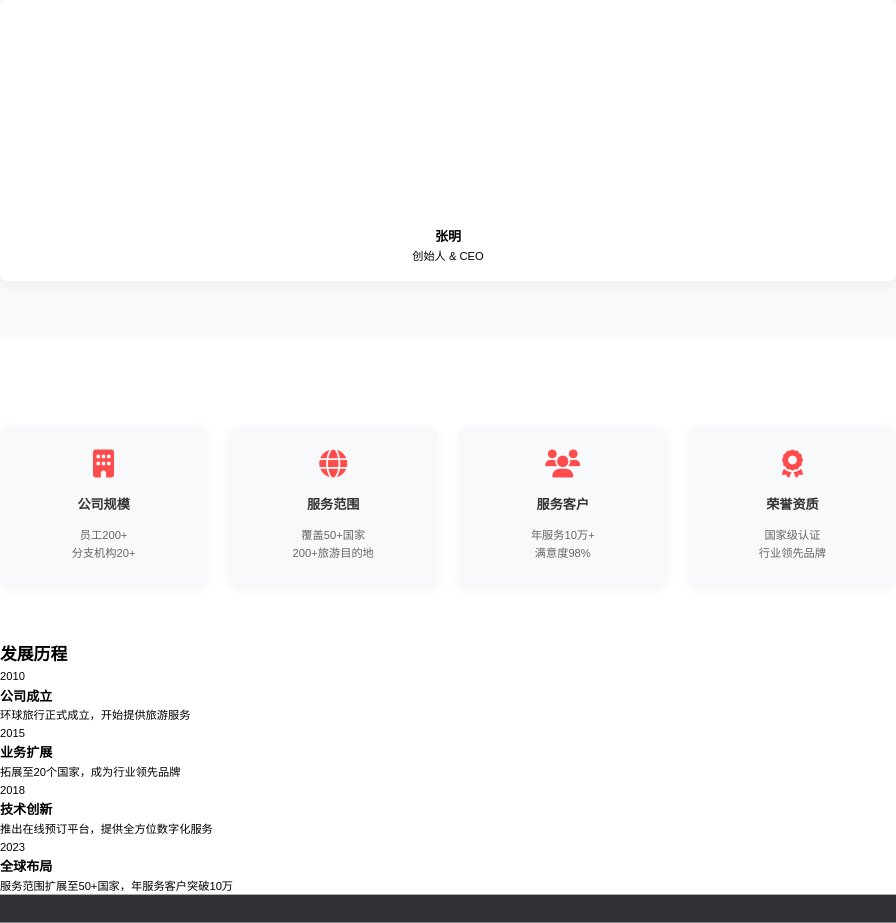
Repository: huang-heavenly-Emperor/travel_1
Page: pages/about.html
An editor plug-in stored every save of this project. The page is shown before and after the next save, followed by the edit.
The browser window is 1280 px wide. The pictures show the part of the page from y = 1680 to 3600 px (the page is 2998 px tall before and 3600 px after), at 70% of full size.
A picture or video elsewhere on the page could not be fetched, so the positions and the page height are approximate.

Above is the page before, as saved 2024-11-18 02:33:01.

### pages/about.html
<!DOCTYPE html>
<html lang="zh-CN">
<head>
    <meta charset="UTF-8">
    <meta name="viewport" content="width=device-width, initial-scale=1.0">
    <meta name="description" content="环球旅行 - 专业的旅游服务提供商，为您提供全球旅游攻略、行程规划和预订服务">
    <meta name="keywords" content="环球旅行,旅游,旅行社,旅游攻略,旅游预订">
    <meta name="author" content="环球旅行">

    <!-- 网站图标 -->
    <link rel="icon" href="../assets/images/favicon.ico" type="image/x-icon">
    <link rel="shortcut icon" href="../assets/images/favicon.ico" type="image/x-icon">

    <!-- 社交媒体分享信息 -->
    <meta property="og:title" content="关于我们 - 环球旅行">
    <meta property="og:description" content="了解环球旅行的故事和我们的服务理念">
    <meta property="og:image" content="../assets/images/about/share-image.jpg">
    <meta property="og:url" content="https://yourwebsite.com/about">

    <!-- CSS 文件引入 -->
    <link rel="stylesheet" href="../css/style.css">
    <link rel="stylesheet" href="../css/animations.css">
    <link rel="stylesheet" href="../css/responsive.css">
    <link rel="stylesheet" href="../css/about.css">

    <!-- 字体图标 -->
    <link rel="stylesheet" href="https://cdnjs.cloudflare.com/ajax/libs/font-awesome/6.0.0/css/all.min.css">
</head>
<body>
    <!-- 导航栏 -->
    <nav class="main-nav">
        <!-- 与首页相同的导航结构 -->
    </nav>

    <!-- 页面头部 -->
    <header class="about-header">
        <div class="header-content">
            <h1>关于我们</h1>
            <p>探索世界，创造回忆</p>
        </div>
    </header>

    <!-- 公司简介 -->
    <section class="company-intro">
        <div class="container">
            <div class="intro-content">
                <h2>我们的故事</h2>
                <p>环球旅行成立于2010年，致力于为旅行者提供最优质的旅游体验。十余年来，我们始终坚持"让旅行更美好"的理念，服务数十万旅客游览世界各地。</p>
            </div>
            <div class="intro-image">
                <img src="../assets/images/about/company.jpg" alt="公司简介">
            </div>
        </div>
    </section>

    <!-- 核心价值观 -->
    <section class="core-values">
        <div class="container">
            <h2>我们的价值观</h2>
            <div class="values-grid">
                <div class="value-card">
                    <i class="fas fa-heart"></i>
                    <h3>专业服务</h3>
                    <p>提供专业的旅游规划和贴心的服务</p>
                </div>
                <div class="value-card">
                    <i class="fas fa-shield-alt"></i>
                    <h3>安全保障</h3>
                    <p>确保旅客的安全是我们的首要任务</p>
                </div>
                <div class="value-card">
                    <i class="fas fa-star"></i>
                    <h3>品质保证</h3>
                    <p>精选优质旅游路线和住宿服务</p>
                </div>
            </div>
        </div>
    </section>

    <!-- 团队介绍 -->
    <section class="team-section">
        <div class="container">
            <h2>我们的团队</h2>
            <div class="team-grid">
                <div class="team-member">
                    <div class="member-image">
                        <img
                            src="data:[embedded picture, 78 characters]"
                            data-src="../assets/images/team/member1.jpg"
                            alt="张明 - CEO"
                            class="lazy-load"
                        >
                    </div>
                    <div class="member-info">
                        <h3>张明</h3>
                        <p>创始人 & CEO</p>
                    </div>
                </div>
                <!-- 更多团队成员... -->
            </div>
        </div>
    </section>

    <!-- 公司基本信息部分 -->
    <section class="company-info">
        <div class="container">
            <div class="info-grid">
                <div class="info-card">
                    <i class="fas fa-building"></i>
                    <h3>公司规模</h3>
                    <p>员工200+</p>
                    <p>分支机构20+</p>
                </div>
                <div class="info-card">
                    <i class="fas fa-globe"></i>
                    <h3>服务范围</h3>
                    <p>覆盖50+国家</p>
                    <p>200+旅游目的地</p>
                </div>
                <div class="info-card">
                    <i class="fas fa-users"></i>
                    <h3>服务客户</h3>
                    <p>年服务10万+</p>
                    <p>满意度98%</p>
                </div>
                <div class="info-card">
                    <i class="fas fa-award"></i>
                    <h3>荣誉资质</h3>
                    <p>国家级认证</p>
                    <p>行业领先品牌</p>
                </div>
            </div>
        </div>
    </section>

    <!-- 发展历程部分 -->
    <section class="history-timeline">
        <div class="container">
            <h2>发展历程</h2>
            <div class="timeline">
                <div class="timeline-item">
                    <div class="year">2010</div>
                    <div class="content">
                        <h3>公司成立</h3>
                        <p>环球旅行正式成立，开始提供旅游服务</p>
                    </div>
                </div>
                <div class="timeline-item">
                    <div class="year">2015</div>
                    <div class="content">
                        <h3>业务扩展</h3>
                        <p>拓展至20个国家，成为行业领先品牌</p>
                    </div>
                </div>
                <div class="timeline-item">
                    <div class="year">2018</div>
                    <div class="content">
                        <h3>技术创新</h3>
                        <p>推出在线预订平台，提供全方位数字化服务</p>
                    </div>
                </div>
                <div class="timeline-item">
                    <div class="year">2023</div>
                    <div class="content">
                        <h3>全球布局</h3>
                        <p>服务范围扩展至50+国家，年服务客户突破10万</p>
                    </div>
                </div>
            </div>
        </div>
    </section>

    <!-- 页脚 -->
    <footer class="footer">
        <!-- 与首页相同的页脚结构 -->
    </footer>
</body>
</html>

### css/style.css
/* 基础样式 */
* {
    margin: 0;
    padding: 0;
    box-sizing: border-box;
}

body {
    font-family: 'Microsoft YaHei', sans-serif;
    line-height: 1.6;
}

/* 导航栏样式 */
.main-nav {
    position: fixed;
    top: 0;
    left: 0;
    width: 100%;
    background: #fff;
    padding: 1rem 5%;
    display: flex;
    justify-content: space-between;
    align-items: center;
    z-index: 1000;
    box-shadow: 0 2px 5px rgba(0,0,0,0.1);
}

.nav-links {
    display: flex;
    list-style: none;
    gap: 2rem;
}

.nav-links a {
    text-decoration: none;
    color: #333;
    font-weight: 500;
    transition: color 0.3s ease;
}

/* 轮播图样式 */
.hero-slider {
    position: relative;
    height: 70vh;
    overflow: hidden;
}

.slide {
    position: relative;
    height: 100%;
}

.slide img {
    width: 100%;
    height: 100%;
    object-fit: cover;
}

/* 特色目的地样式 */
.featured-destinations {
  padding: 4rem 5%;
}

.section-header {
  text-align: center;
  margin-bottom: 3rem;
}

.destination-grid {
  display: grid;
  grid-template-columns: repeat(auto-fit, minmax(280px, 1fr));
  gap: 2rem;
}

.destination-card {
  position: relative;
  border-radius: 8px;
  overflow: hidden;
  box-shadow: 0 2px 15px rgba(0,0,0,0.1);
}

.destination-image {
  position: relative;
  height: 300px;
}

.destination-image img {
  width: 100%;
  height: 100%;
  object-fit: cover;
}

.destination-overlay {
  position: absolute;
  bottom: 0;
  left: 0;
  right: 0;
  background: linear-gradient(transparent, rgba(0,0,0,0.7));
  padding: 1.5rem;
  color: #fff;
  transform: translateY(100%);
  transition: transform 0.3s ease;
}

.destination-card:hover .destination-overlay {
  transform: translateY(0);
}

/* 页脚样式 */
.footer {
    background: #303036;
    color: #d3d3d3;
    padding: 20px 0;
    position: relative;
    bottom: 0;
    width: 100%;
}

.footer-content {
    display: flex;
    justify-content: space-around;
    flex-wrap: wrap;
    padding: 20px;
    gap: 20px;
}

.footer-section {
    flex: 1;
    min-width: 300px;
    padding: 20px;
}

.footer-section h3 {
    color: white;
    margin-bottom: 15px;
    position: relative;
}

.footer-section h3::before {
    content: '';
    position: absolute;
    left: 0;
    bottom: -5px;
    width: 50px;
    height: 2px;
    background: #ff4d4d;
}

.footer-section.about p {
    margin: 15px 0;
}

.socials {
    margin-top: 20px;
}

.socials a {
    display: inline-block;
    width: 35px;
    height: 35px;
    background: #ff4d4d;
    color: white;
    text-align: center;
    line-height: 35px;
    margin-right: 10px;
    border-radius: 5px;
    transition: all 0.3s;
}

.socials a:hover {
    background: #fff;
    color: #ff4d4d;
    transform: translateY(-5px);
}

.footer-section.links ul {
    list-style: none;
}

.footer-section.links ul li {
    margin-bottom: 10px;
}

.footer-section.links ul li a {
    color: #d3d3d3;
    text-decoration: none;
    transition: color 0.3s;
}

.footer-section.links ul li a:hover {
    color: white;
    padding-left: 10px;
}

.footer-section.contact span {
    display: block;
    margin-bottom: 10px;
}

.footer-bottom {
    text-align: center;
    padding: 10px;
    background: #343a40;
    color: #686868;
}

/* 汉堡菜单样式 */
.hamburger {
    display: none;
    cursor: pointer;
    width: 30px;
    height: 20px;
    position: relative;
    z-index: 1001;
}

.hamburger span {
    display: block;
    width: 100%;
    height: 2px;
    background: #333;
    position: absolute;
    transition: all 0.3s ease;
}

.hamburger span:first-child {
    top: 0;
}

.hamburger span:nth-child(2) {
    top: 9px;
}

.hamburger span:last-child {
    top: 18px;
}

/* 汉堡菜单激活状态 */
.hamburger.active span:first-child {
    transform: rotate(45deg);
    top: 9px;
}

.hamburger.active span:nth-child(2) {
    opacity: 0;
}

.hamburger.active span:last-child {
    transform: rotate(-45deg);
    top: 9px;
}

/* 导航菜单样式 */
.nav-menu {
    display: flex;
    align-items: center;
    gap: 2rem;
}

.nav-auth {
    display: flex;
    gap: 1rem;
}

/* 防止菜单打开时背景滚动 */
body.no-scroll {
    overflow: hidden;
}

/* 菜单展开时的遮罩 */
.nav-menu::before {
    content: '';
    position: fixed;
    top: 0;
    left: 0;
    width: 100%;
    height: 100%;
    background: rgba(0, 0, 0, 0.5);
    opacity: 0;
    visibility: hidden;
    transition: 0.3s ease;
}

.nav-menu.active::before {
    opacity: 1;
    visibility: visible;
}

### css/animations.css
/* 导航链接悬停动画 */
.nav-links a:hover {
    color: #007bff;
    transform: translateY(-2px);
}

/* 轮播图动画 */
.fade {
    animation: fadeEffect 1.5s ease-in-out;
}

@keyframes fadeEffect {
    from {
        opacity: 0;
    }
    to {
        opacity: 1;
    }
}

/* 关于页面动画 */
@keyframes fadeInDown {
    from {
        opacity: 0;
        transform: translateY(-30px);
    }
    to {
        opacity: 1;
        transform: translateY(0);
    }
}

@keyframes fadeInUp {
    from {
        opacity: 0;
        transform: translateY(30px);
    }
    to {
        opacity: 1;
        transform: translateY(0);
    }
}

/* 滚动显示动画 */
.scroll-reveal {
    opacity: 0;
    transform: translateY(30px);
    transition: all 0.8s ease;
}

.scroll-reveal.active {
    opacity: 1;
    transform: translateY(0);
}

### css/responsive.css
/* 响应式布局 */
@media screen and (max-width: 768px) {
    .nav-links {
        display: none; /* 移动端菜单将通过JS控制显示 */
    }

    .hero-slider {
        height: 50vh;
    }

    .destination-grid {
        grid-template-columns: repeat(2, 1fr);
    }

    .destination-image {
        height: 250px;
    }
}

@media screen and (max-width: 480px) {
    .nav-auth {
        display: none;
    }

    .hero-slider {
        height: 40vh;
    }

    .destination-grid {
        grid-template-columns: 1fr;
    }

    .destination-image {
        height: 200px;
    }
}

/* 页脚响应式样式 */
@media screen and (max-width: 768px) {
    .footer-content {
        flex-direction: column;
    }

    .footer-section {
        min-width: 100%;
    }

    .footer-section.about {
        text-align: center;
    }

    .footer-section h3::before {
        left: 50%;
        transform: translateX(-50%);
    }
}

/* 移动端导航样式 */
@media screen and (max-width: 768px) {
    .hamburger {
        display: block;
    }

    .nav-menu {
        position: fixed;
        top: 0;
        right: -100%;
        width: 80%;
        height: 100vh;
        background: #fff;
        flex-direction: column;
        padding: 80px 40px;
        transition: 0.3s ease;
    }

    .nav-menu.active {
        right: 0;
    }

    .nav-links {
        flex-direction: column;
        align-items: center;
        width: 100%;
    }

    .nav-links li {
        width: 100%;
        text-align: center;
        padding: 10px 0;
        border-bottom: 1px solid #eee;
    }

    .nav-auth {
        flex-direction: column;
        width: 100%;
        margin-top: 20px;
    }

    .nav-auth a {
        width: 100%;
        text-align: center;
        padding: 10px 0;
    }
}

/* 关于页面响应式样式 */
@media screen and (max-width: 768px) {
    .about-header {
        height: 40vh;
    }

    .header-content h1 {
        font-size: 2rem;
    }

    .company-intro .container {
        flex-direction: column;
        gap: 2rem;
    }

    .intro-content, .intro-image {
        width: 100%;
    }

    .values-grid {
        grid-template-columns: 1fr;
    }

    .team-grid {
        grid-template-columns: repeat(auto-fit, minmax(200px, 1fr));
    }
}

@media screen and (max-width: 480px) {
    .about-header {
        height: 30vh;
    }

    .header-content h1 {
        font-size: 1.5rem;
    }

    .member-image {
        height: 250px;
    }
}

### css/about.css
/* 页面头部样式 */
.about-header {
    height: 60vh;
    background: linear-gradient(rgba(0,0,0,0.5), rgba(0,0,0,0.5)),
                url('../assets/images/about/header-bg.jpg');
    background-size: cover;
    background-position: center;
    display: flex;
    align-items: center;
    justify-content: center;
    text-align: center;
    color: #fff;
    margin-top: 80px; /* 导航栏高度 */
}

.header-content h1 {
    font-size: 3rem;
    margin-bottom: 1rem;
    animation: fadeInDown 1s ease;
}

.header-content p {
    font-size: 1.2rem;
    animation: fadeInUp 1s ease;
}

/* 公司简介样式 */
.company-intro {
    padding: 5rem 0;
    background: #f9f9f9;
}

.company-intro .container {
    display: flex;
    align-items: center;
    gap: 4rem;
    max-width: 1200px;
    margin: 0 auto;
    padding: 0 20px;
}

.intro-content {
    flex: 1;
}

.intro-image {
    flex: 1;
    border-radius: 10px;
    overflow: hidden;
    box-shadow: 0 10px 30px rgba(0,0,0,0.1);
}

.intro-image img {
    width: 100%;
    height: auto;
    transition: transform 0.3s ease;
}

.intro-image:hover img {
    transform: scale(1.05);
}

/* 核心价值观样式 */
.core-values {
    padding: 5rem 0;
    background: #fff;
}

.values-grid {
    display: grid;
    grid-template-columns: repeat(auto-fit, minmax(250px, 1fr));
    gap: 2rem;
    margin-top: 3rem;
}

.value-card {
    text-align: center;
    padding: 2rem;
    background: #fff;
    border-radius: 10px;
    box-shadow: 0 5px 15px rgba(0,0,0,0.05);
    transition: transform 0.3s ease;
}

.value-card:hover {
    transform: translateY(-10px);
}

.value-card i {
    font-size: 2.5rem;
    color: #ff4d4d;
    margin-bottom: 1rem;
}

/* 团队介绍样式 */
.team-section {
    padding: 5rem 0;
    background: #f9f9f9;
}

.team-grid {
    display: grid;
    grid-template-columns: repeat(auto-fit, minmax(250px, 1fr));
    gap: 2rem;
    margin-top: 3rem;
}

.team-member {
    background: #fff;
    border-radius: 10px;
    overflow: hidden;
    box-shadow: 0 5px 15px rgba(0,0,0,0.05);
}

.member-image {
    height: 300px;
    overflow: hidden;
}

.member-image img {
    width: 100%;
    height: 100%;
    object-fit: cover;
    transition: transform 0.3s ease;
}

.team-member:hover .member-image img {
    transform: scale(1.1);
}

.member-info {
    padding: 1.5rem;
    text-align: center;
}

/* 添加图片加载过渡效果 */
.lazy-load {
    opacity: 0;
    transition: opacity 0.3s ease;
}

.lazy-load.loaded {
    opacity: 1;
}

/* 公司信息卡片样式 */
.company-info {
    padding: 5rem 0;
    background: #fff;
}

.info-grid {
    display: grid;
    grid-template-columns: repeat(auto-fit, minmax(250px, 1fr));
    gap: 2rem;
    margin-top: 3rem;
}

.info-card {
    text-align: center;
    padding: 2rem;
    background: #f8f9fa;
    border-radius: 10px;
    transition: transform 0.3s ease;
    box-shadow: 0 5px 15px rgba(0,0,0,0.05);
}

.info-card:hover {
    transform: translateY(-10px);
    background: #fff;
    box-shadow: 0 15px 30px rgba(0,0,0,0.1);
}

.info-card i {
    font-size: 2.5rem;
    color: #ff4d4d;
    margin-bottom: 1.5rem;
}

.info-card h3 {
    margin-bottom: 1rem;
    color: #333;
}

.info-card p {
    color: #666;
    line-height: 1.6;
}

After the next save:
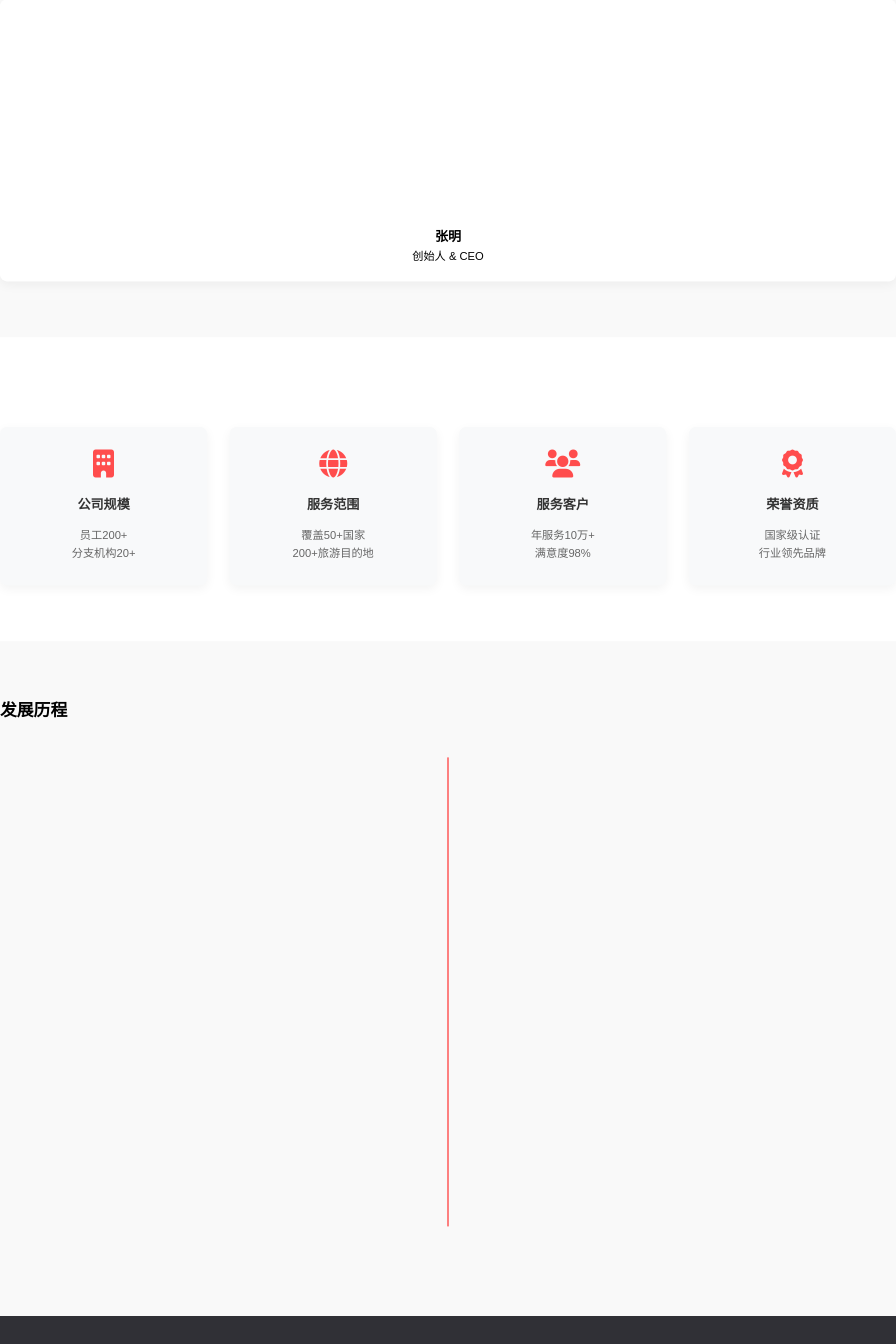
Saved 8 s later.
--- a/css/about.css
+++ b/css/about.css
@@ -186,3 +186,62 @@
     color: #666;
     line-height: 1.6;
 }
+
+/* 发展历程样式 */
+.history-timeline {
+    padding: 5rem 0;
+    background: #f9f9f9;
+}
+
+.timeline {
+    position: relative;
+    max-width: 800px;
+    margin: 3rem auto;
+    padding: 2rem 0;
+}
+
+.timeline::before {
+    content: '';
+    position: absolute;
+    left: 50%;
+    top: 0;
+    bottom: 0;
+    width: 2px;
+    background: #ff4d4d;
+    transform: translateX(-50%);
+}
+
+.timeline-item {
+    display: flex;
+    justify-content: space-between;
+    margin-bottom: 3rem;
+    opacity: 0;
+    transform: translateY(20px);
+    transition: all 0.5s ease;
+}
+
+.timeline-item.visible {
+    opacity: 1;
+    transform: translateY(0);
+}
+
+.timeline-item:nth-child(odd) {
+    flex-direction: row-reverse;
+}
+
+.year {
+    flex: 1;
+    text-align: center;
+    font-size: 1.5rem;
+    font-weight: bold;
+    color: #ff4d4d;
+    position: relative;
+}
+
+.content {
+    flex: 2;
+    padding: 1.5rem;
+    background: #fff;
+    border-radius: 10px;
+    box-shadow: 0 5px 15px rgba(0,0,0,0.05);
+}
